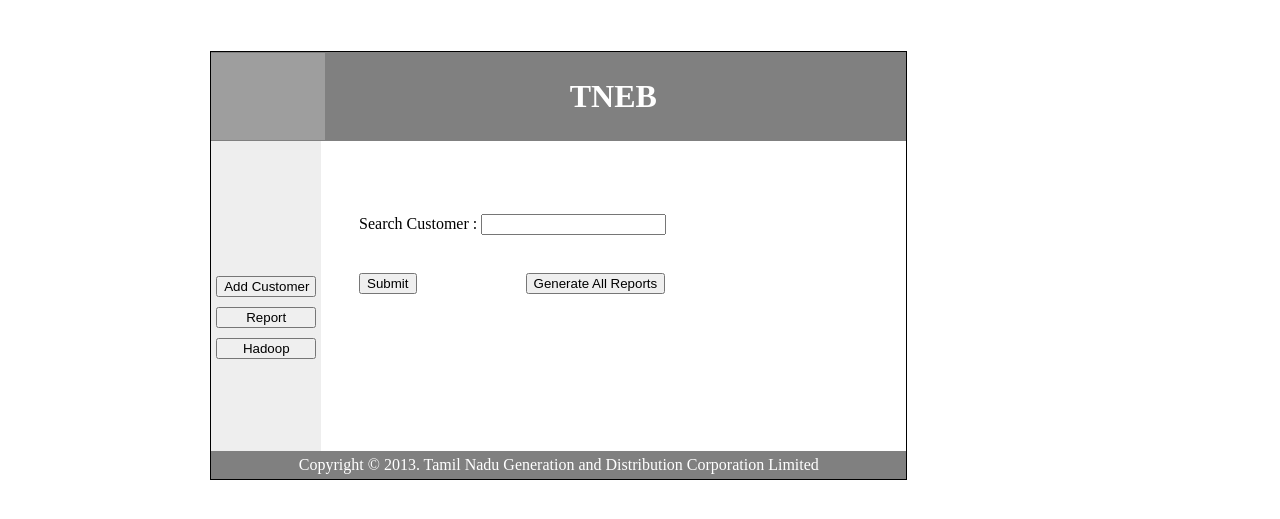
Repository: vjbrocode/Hackathon
Page: http://localhost/TNEB_billing/BillReport.jsp
The author's editor kept a copy of each file at every save. The page is drawn from the files as they stood at one save, then again after the next save.
The browser window is 1280 px wide. The pictures show the whole page.
Pictures or frames that could not be fetched are drawn as grey boxes. Some web libraries are served in a nearby version. The page is served by Tomcat 9. Other server files are loaded and not shown.

Above is the page before, as saved 2015-07-06 21:05:46.

### workspace/TNEB billing/WebContent/BillReport.jsp
<%@ page language="java" contentType="text/html; charset=ISO-8859-1"
   pageEncoding="ISO-8859-1"%>
<!DOCTYPE html PUBLIC "-//W3C//DTD HTML 4.01 Transitional//EN" "http://www.w3.org/TR/html4/loose.dtd">
<html>
   <head>
      <meta http-equiv="Content-Type" content="text/html; charset=ISO-8859-1">
      <title>TNEB</title>
      <style>
	     #container{
			border: 1px solid black;
			border-image: none;
			width: 55%;
			margin-top: 4%;
			 margin-left: 16%;
		 }
         #header {
         background-color:grey;
         color:white;
         text-align:center;
         padding:5px;
         }
         #nav {
         line-height:30px;
         background-color:#eeeeee;
         height:300px;
         width:100px;
         float:left;
         padding:5px;
         }
         #section {
         width:350px;
         float:left;
         padding:10px;
		  margin-top: 9%;
		  margin-left: 4%;
         }
         #footer {
         background-color:grey;
         color:white;
         clear:both;
         text-align:center;
         padding:5px;
         }
      </style>
   </head>
   <script src="https://ajax.googleapis.com/ajax/libs/jquery/1.11.3/jquery.min.js"></script>
   <script>
   function myfunction(){
	    var divHtml = '<div>Customer Name : <input type="text" name="custName"></div>';
	        divHtml = divHtml+ '<div>Customer Id : <input type="text" name="newCustId" style="margin-left: 7%;"></div>';
			divHtml = divHtml+ '<div>Address : <input type="text" name="address" style="margin-left: 14.75%;">';
			divHtml = divHtml+ '<input type="submit" name="insertCust" value="Insert"></div>';
	     $('#section').html(divHtml);
	   }
   function myReportfun(){
	   var divhtml = 'Search Customer : <input type="text" value=""  name="report" />';
			   divhtml = divhtml+'<input type="submit" value="Submit" />';
				divhtml = divhtml+'<input type="submit" value="Generate All Reports" name="report" style="margin-top: 11%; margin-left: 30%;" />';
		$('#section').html(divhtml);
   }
   </script>
   <body>
      <form action="serv/bill" method="post">
	  <div id="container">
         <div id="header">
			<img src="C:\Users\Administrator\Desktop\tneblogo.jpg" style="width: 114px; height: 87px; margin-top: -4px; margin-left: -5px; float: left;"/>
            <h1>TNEB</h1>
         </div>
         <div id="nav">
            <input type="button" value="Add Customer" onclick="myfunction();" style="width:100%;margin-top: 130%;">
            <input type="button" value="Report" onclick="myReportfun();" style="width:100%; margin-top: 10%;">
            <input type="submit" value="Hadoop" name="hadoop" style="width:100%; margin-top: 10%;">
         </div>
         <div id="section">
             Search Customer : <input type="text" value=""  name="custId" />
 	         <input type="submit" value="Submit" />
  	         <input type="submit" value="Generate All Reports" name="report" style="margin-top: 11%; margin-left: 30%;" />
         </div>
         <div id="footer">
           Copyright © 2013.  Tamil Nadu Generation and Distribution Corporation Limited
         </div>
		</div>
      </form>
   </body>
</html>

After the next save:
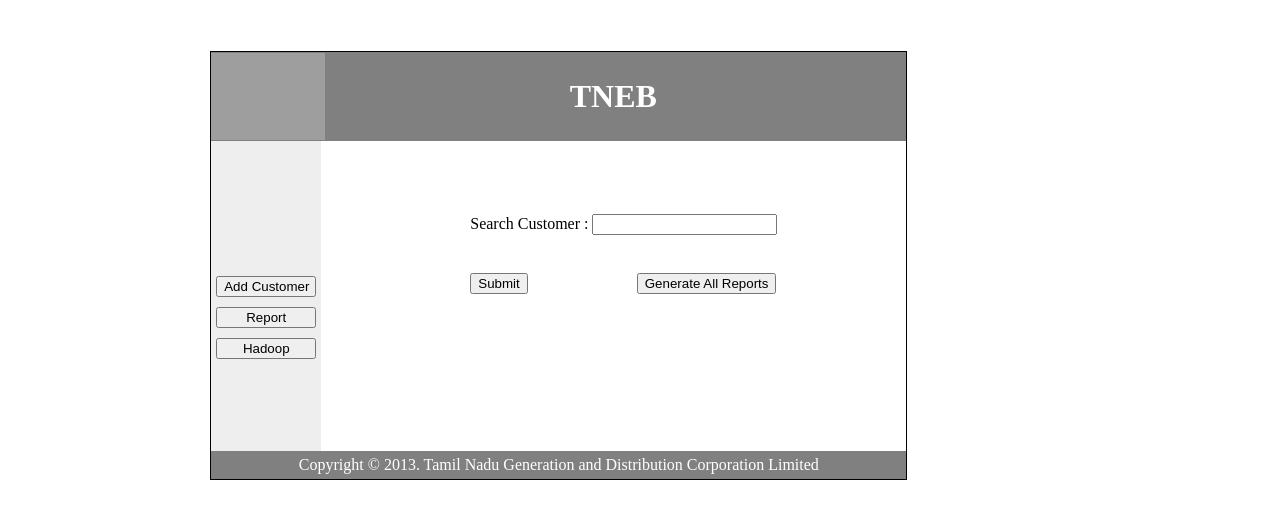
Saved 28 s later.
--- a/workspace/TNEB billing/WebContent/BillReport.jsp
+++ b/workspace/TNEB billing/WebContent/BillReport.jsp
@@ -32,7 +32,7 @@
          float:left;
          padding:10px;
 		  margin-top: 9%;
-		  margin-left: 4%;
+		  margin-left: 20%;
          }
          #footer {
          background-color:grey;
